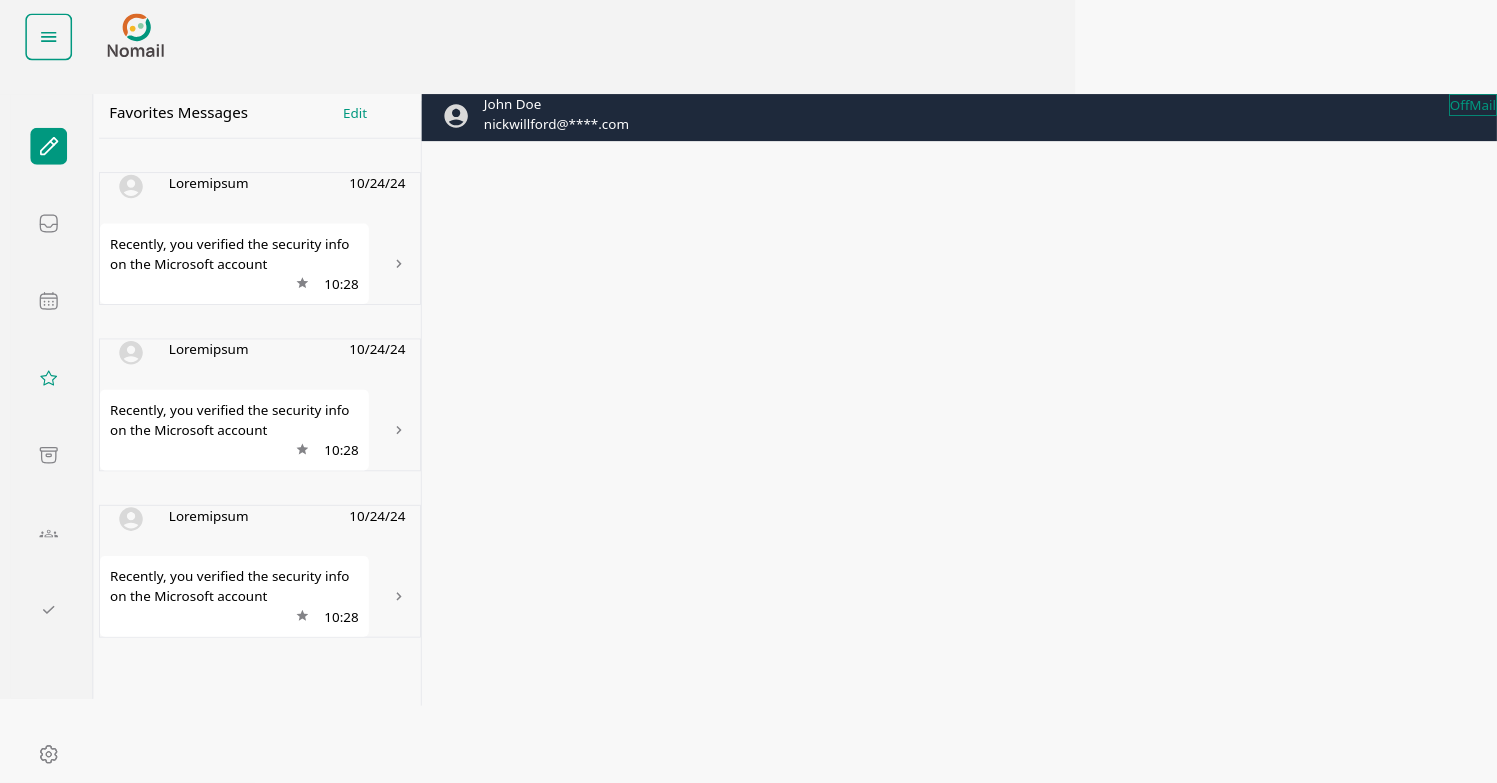
Repository: Tofigkh1/Nomail-Project
Page: /favorites (app in client/)
An editor plug-in stored every save of this project. The page is shown before and after the next save, followed by the edit.
The browser window is 1280 px wide. The page is 1782 px wide, so the pictures cover 1782 px, including what lies to the right of the window. The pictures show the whole page, at 84% of full size.
The project was rebuilt for these pictures with package versions that can differ from the ones it lists, and the page was loaded fresh each time. The framework's server and built-in components were replaced by stand-ins that run in the browser. Also part of the build but not shown: client/next.config.mjs, client/components/shared/svg/FavoritesSvg.jsx, client/components/shared/svg/calendarActiveSvg.jsx, client/components/shared/client/CheckBox/index.tsx.

Above is the page before, as saved 2024-11-22 03:04:00.

After the next save:
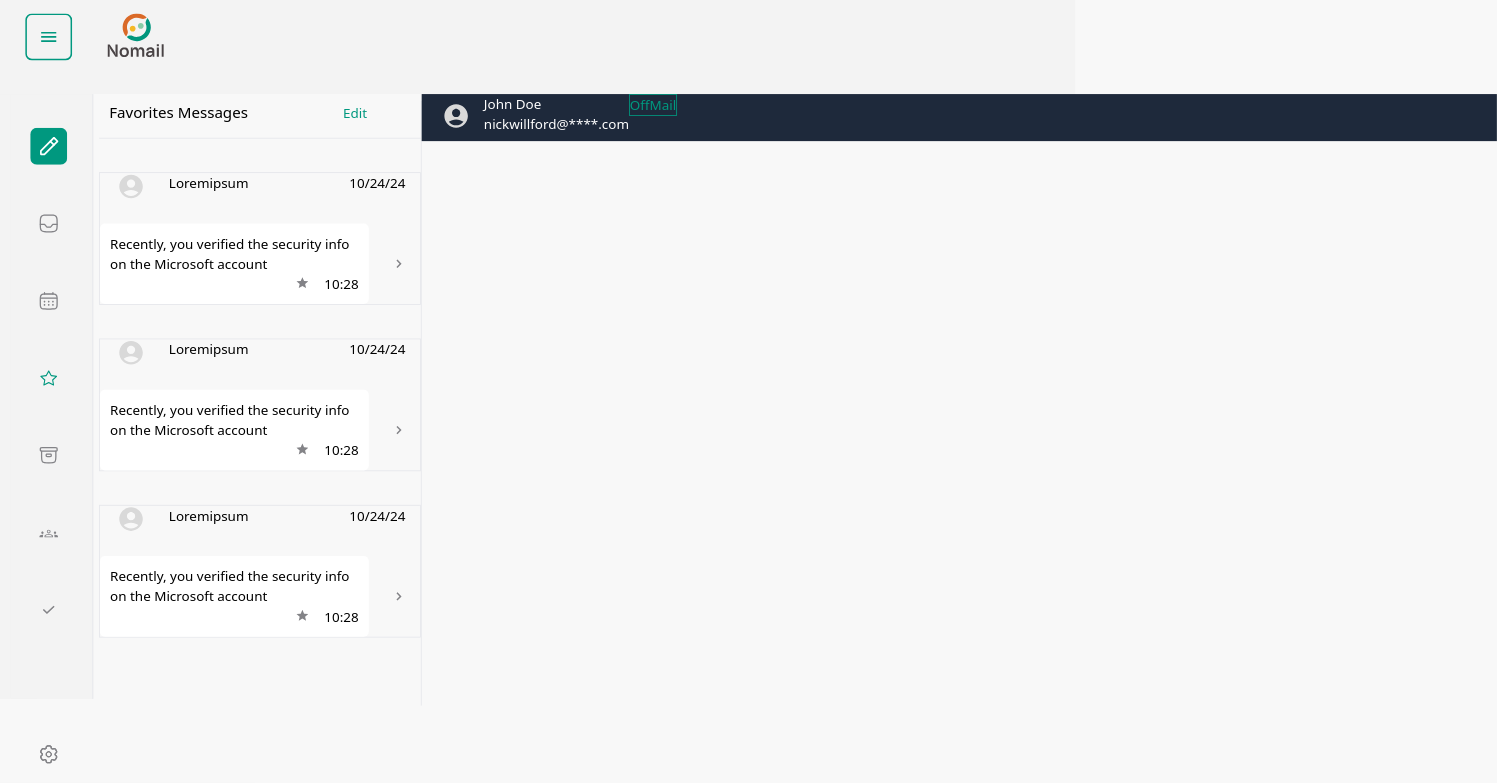
Saved 19 s later.
--- a/client/components/shared/client/messagesView/index.tsx
+++ b/client/components/shared/client/messagesView/index.tsx
@@ -14,7 +14,7 @@ export default function MessagesView() {
         <header>
             <div className=" top-0 w-screen h-14 bg-slate-800">
 
-                <div className=" flex justify-between">
+                <div className=" flex ">
 
 
 
